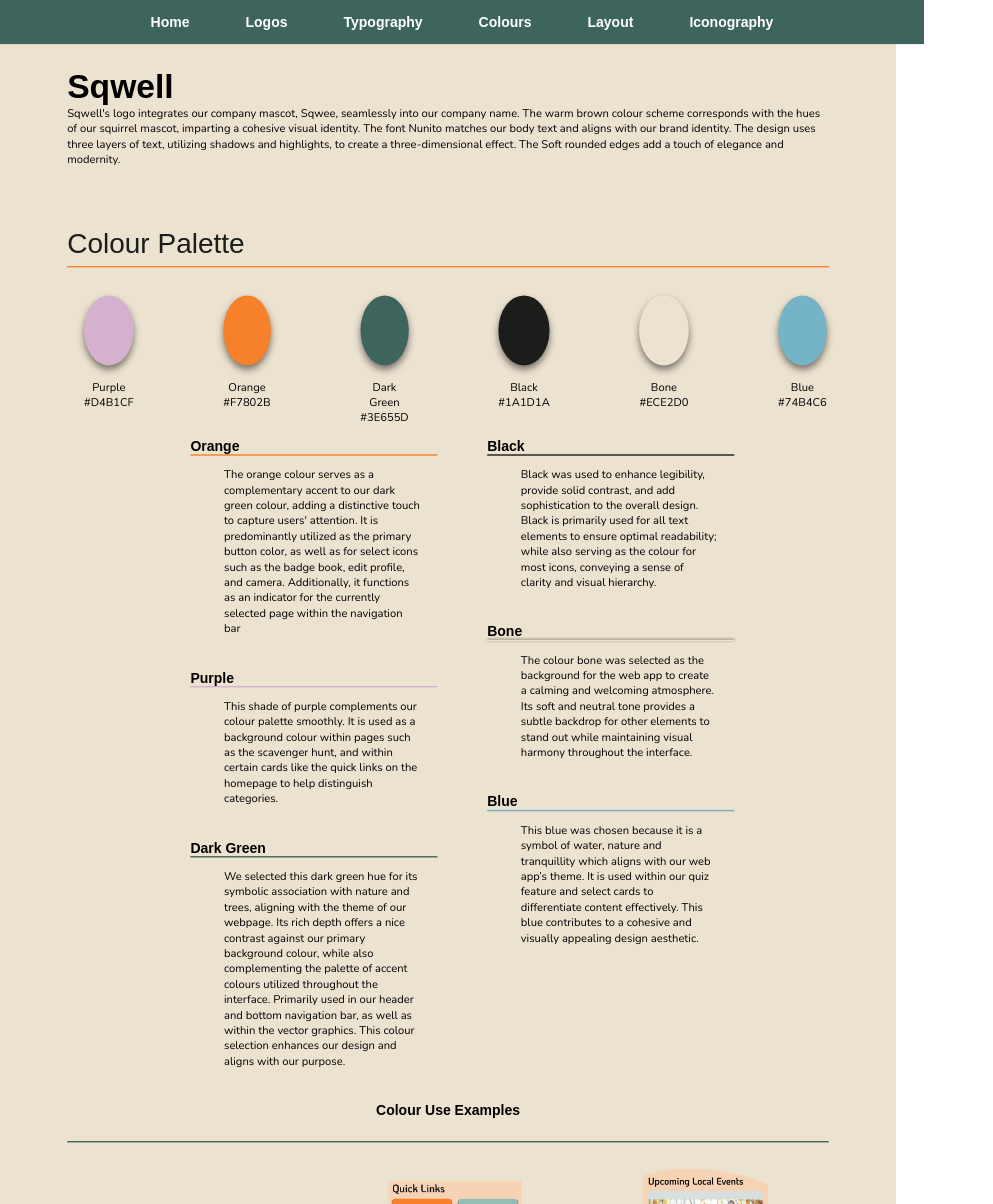
Repository: lpcmendoza/sqwell_styleguide
Page: /
The author's editor kept a copy of each file at every save. The page is drawn from the files as they stood at one save, then again after the next save.
The browser window is 1280 px wide. The page is 1419 px wide, so the pictures cover 1419 px, including what lies to the right of the window. The pictures show the part of the page from y = 0 to 1720 px (the page is 6093 px tall before and 6005 px after), at 70% of full size.
Some web fonts or font styles are not loaded; a fallback is used. The project was rebuilt for these pictures with package versions that can differ from the ones it lists, and the page was loaded fresh each time. The framework's server and built-in components were replaced by stand-ins that run in the browser. Also part of the build but not shown: next.config.mjs.

Above is the page before, as saved 2024-04-08 10:50:32.

After the next save:
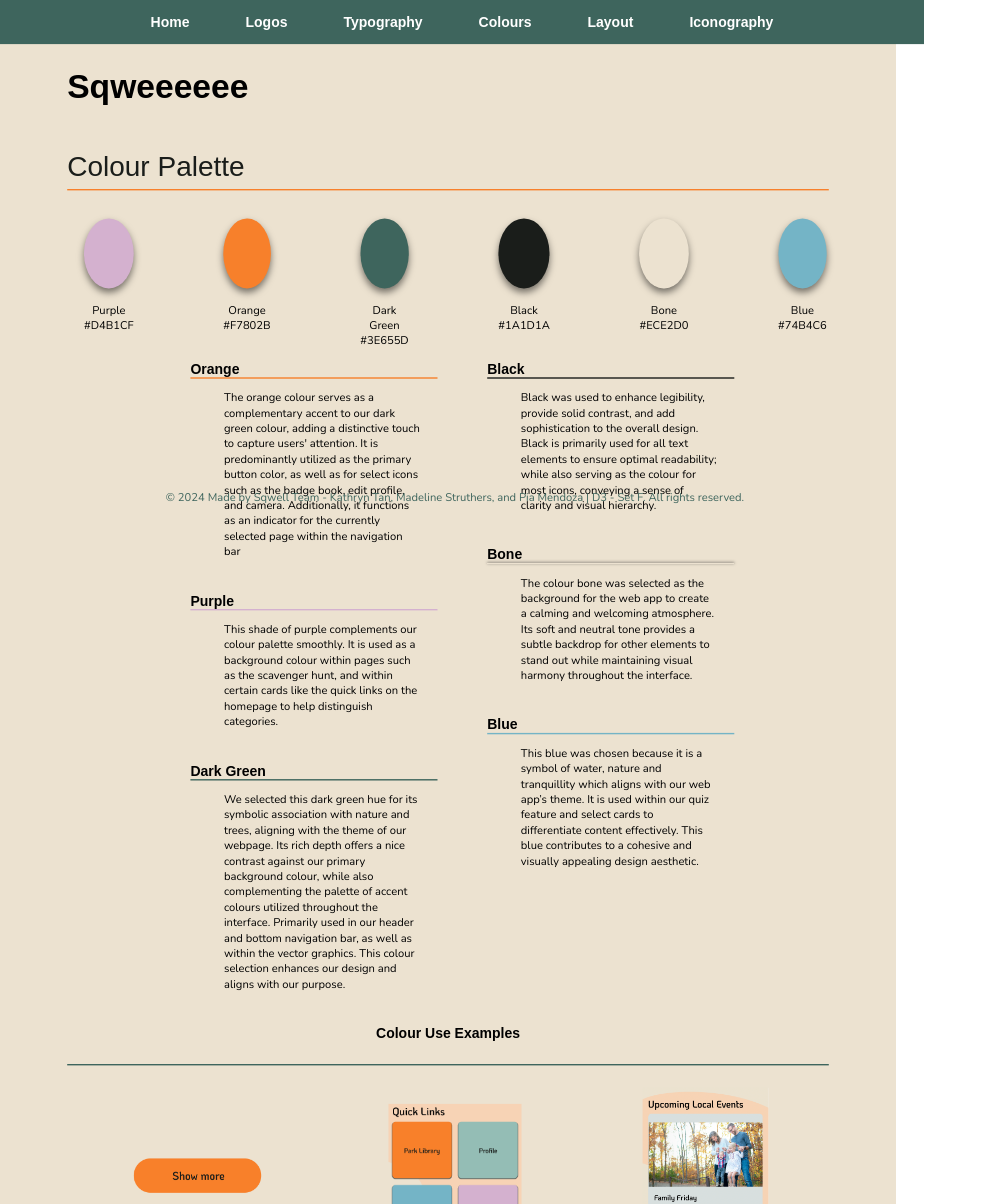
Saved 12 min 46 s later.
--- a/pages/index.js
+++ b/pages/index.js
@@ -7,27 +7,27 @@
 import Colours from "@/components/Colours";
 import Layout from "@/components/Layout";
 import Iconography from "@/components/Iconography";
-import Logos from "@/components/Logos";
 
 export default function Home() {
   return (
     <>
     <MenuBar/>
       <main className={`${styles.main}`}>
-      <h1>Sqwell</h1>
+      <h1>Sqweeeeee</h1>
 
-     <Logos/>
-     <br></br>
+
       <Colours/>
       <br></br>
       <Typography/>
     <br></br>
       <Layout/>
       <br></br>
+      <br></br>
       <Iconography/>
       <br></br>
       </main>
 
+<Footer/>
 
 
     </>
